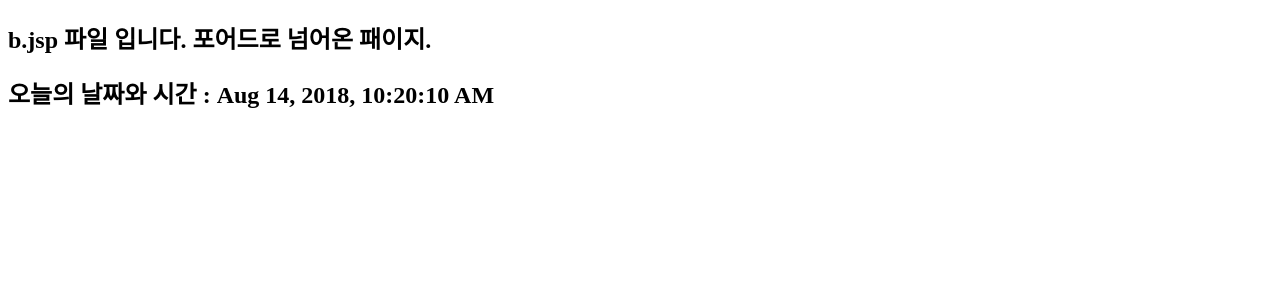
Repository: hodob/JSP_Practice
Page: http://localhost/JSP_WebMarket_JJH/ch04_ex/test.jsp
The author's editor kept a copy of each file at every save. The page is drawn from the files as they stood at one save, then again after the next save.
The browser window is 1280 px wide. The pictures show the whole page.
The page is served by Tomcat 9.

Above is the page before, as saved 2022-08-09 00:15:46.

After the next save:
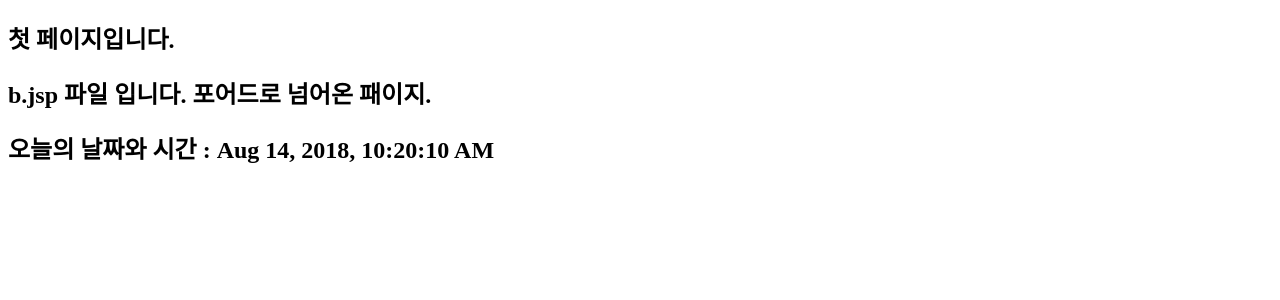
Saved 8 min 15 s later.
--- a/JSP_WebMarket_JJH/WebContent/ch04_ex/test.jsp
+++ b/JSP_WebMarket_JJH/WebContent/ch04_ex/test.jsp
@@ -8,6 +8,7 @@
 </head>
 <body>
 <h2> 첫 페이지입니다. </h2>
-<jsp:forward page="b.jsp"></jsp:forward>
+<%-- <jsp:forward page="b.jsp"></jsp:forward> --%>
+<jsp:include page="b.jsp"></jsp:include>
 </body>
 </html>
